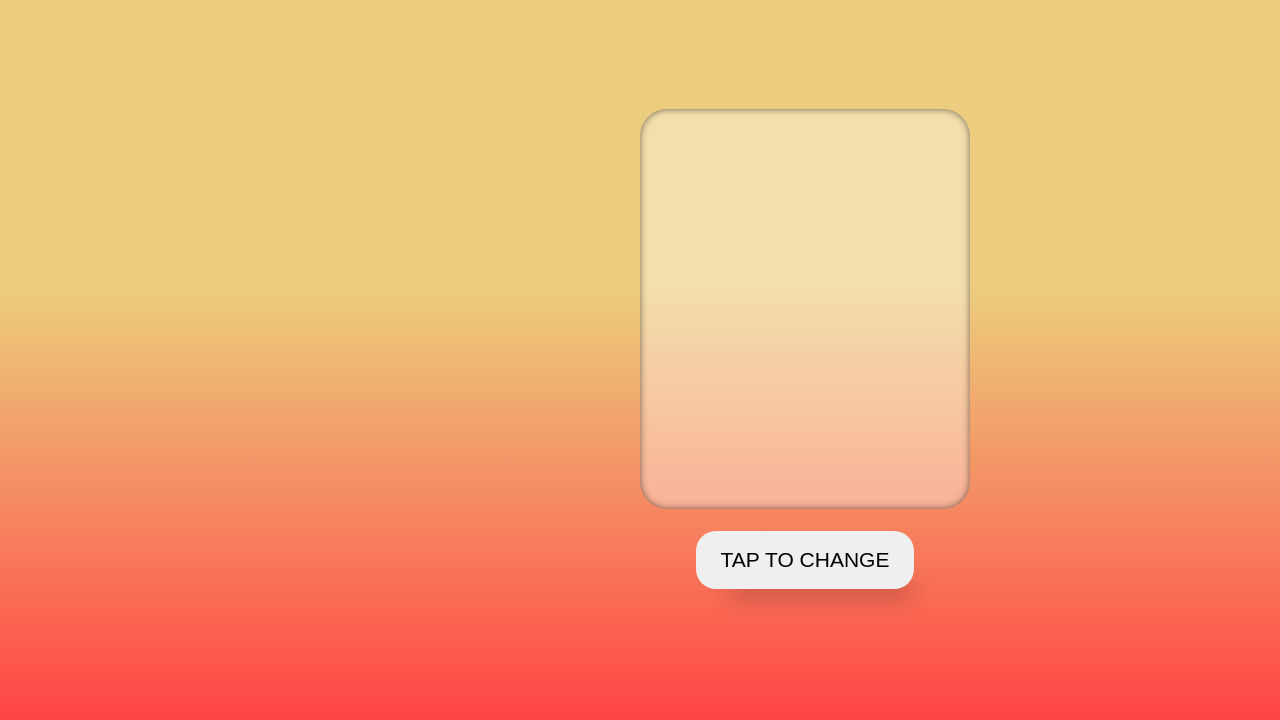
Repository: ThanhThn/profile
Page: index.html
An editor plug-in stored every save of this project. The page is shown before and after the next save, followed by the edit.
The browser window is 1280 px wide. The pictures show the whole page.
Some web fonts or font styles are not loaded; a fallback is used.

Above is the page before, as saved 2022-12-05 00:11:36.

### index.html
<!DOCTYPE html>
<html lang="en">
<head>
    <meta charset="UTF-8">
    <meta http-equiv="X-UA-Compatible" content="IE=edge">
    <meta name="viewport" content="width=device-width, initial-scale=1.0">
    <title>Document</title>
    <link rel="stylesheet" href="style.css">
</head>
<body>
    <div class="container">
        <div class="content"></div>
        <button class="btn">tap to change</button>
    </div>
</body>
</html>

### style.css
@import url('https://fonts.googleapis.com/css2?family=Kodchasan:wght@700&family=Pacifico&display=swap');
*{
    padding: 0;
    margin: 0;
    box-sizing: border-box;
}

body{
    background:  linear-gradient( to bottom, rgba(223, 172,39,60%) 40%, rgba(255,22,22,80%) 100% );
    width: 100%;
    height: 100vh;
}
.container{
    position: absolute;
    top: 50%;
    left: 50%;
    transform: translateY(-50% );
    transform: translateY(-50% );
    display: flex;
    flex-direction: column;
    align-items: center;
}

.content{
    width: 330px;
    height: 400px;
    background: rgba(255, 255, 255, 35%);
    border-radius: 27px;
    box-shadow: inset 0px 0px 7px rgba(0, 0, 0, 55%);
}

.btn{
    width: 218px;
    height: 58px;
    border-radius: 20px;
    border: none;
    margin: 22px;
    font-family: 'Kodchasan', sans-serif;
    font-size: 21px;
    text-transform: uppercase;
    box-shadow: rgba(0, 0, 0, .2) 15px 28px 25px -18px;
    background-position: 0 90%;
    background-repeat: repeat no-repeat;

}

.btn:hover {
    box-shadow: rgba(0, 0, 0, .3) 2px 8px 8px -5px;
    transform: translate3d(0, 2px, 0);
}


.btn:focus {
  box-shadow: rgba(0, 0, 0, .3) 2px 8px 4px -6px;
}

After the next save:
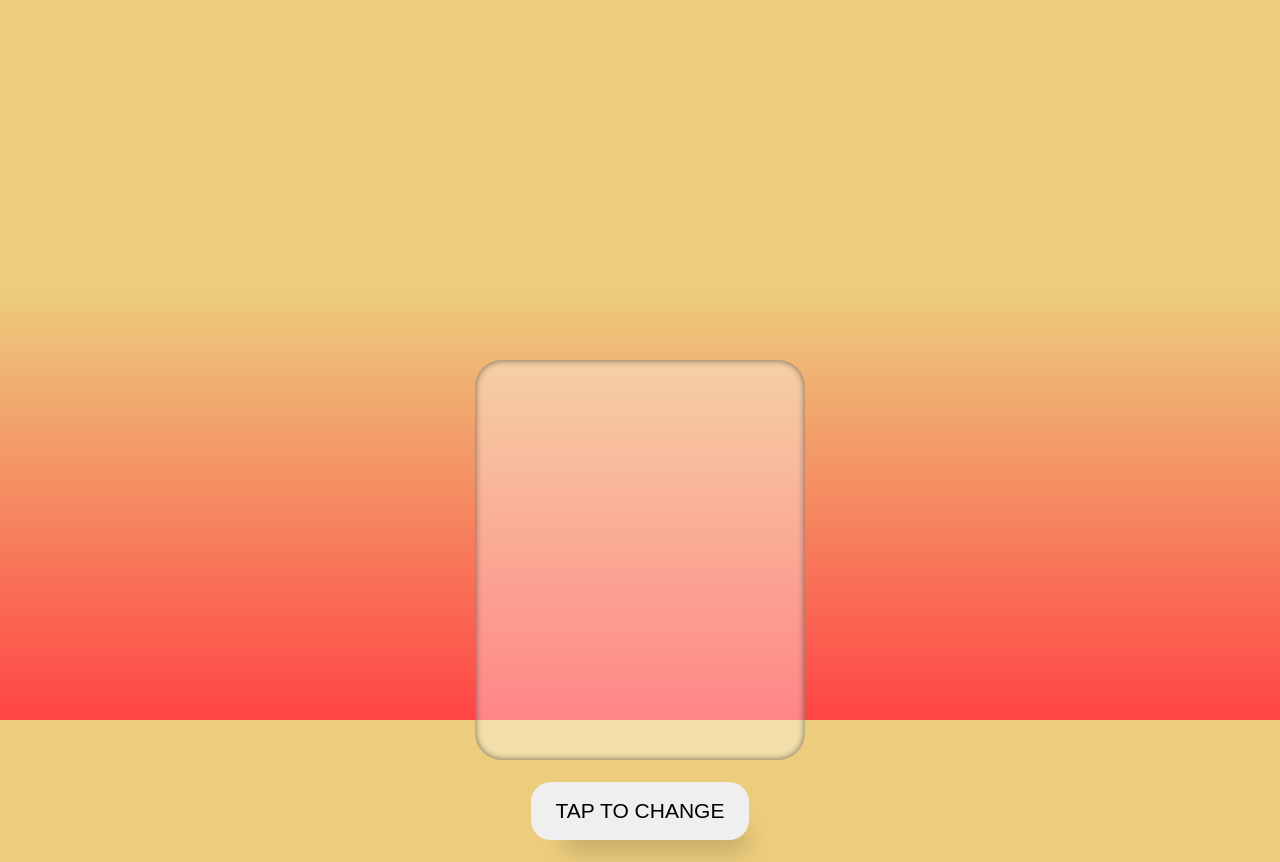
Saved 15 s later.
--- a/style.css
+++ b/style.css
@@ -15,7 +15,7 @@ body{
     top: 50%;
     left: 50%;
     transform: translateY(-50% );
-    transform: translateY(-50% );
+    transform: translateX(-50% );
     display: flex;
     flex-direction: column;
     align-items: center;
